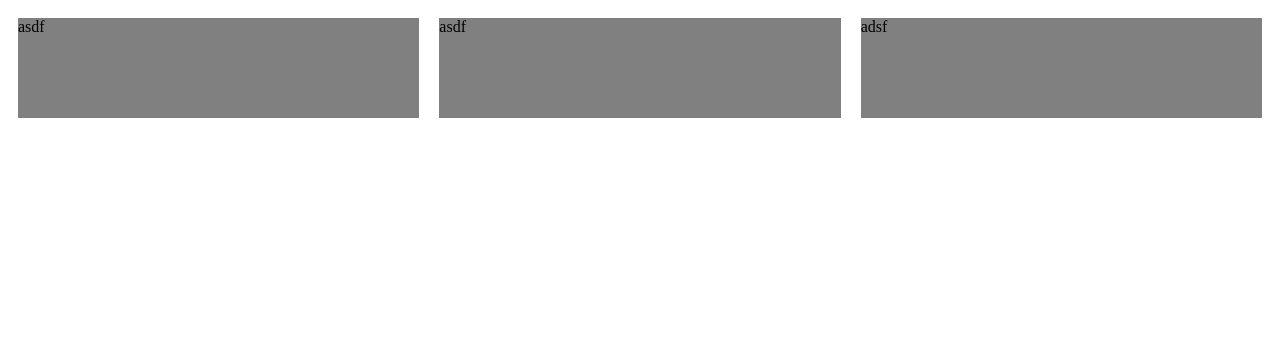
Repository: ervinne13/gg-basic-web-frontend-development
Page: modules/css/long-samples/grid-system-1.html
An editor plug-in stored every save of this project. The page is shown before and after the next save, followed by the edit.
The browser window is 1280 px wide. The pictures show the whole page.

Above is the page before, as saved 2019-07-04 17:49:10.

After the next save:
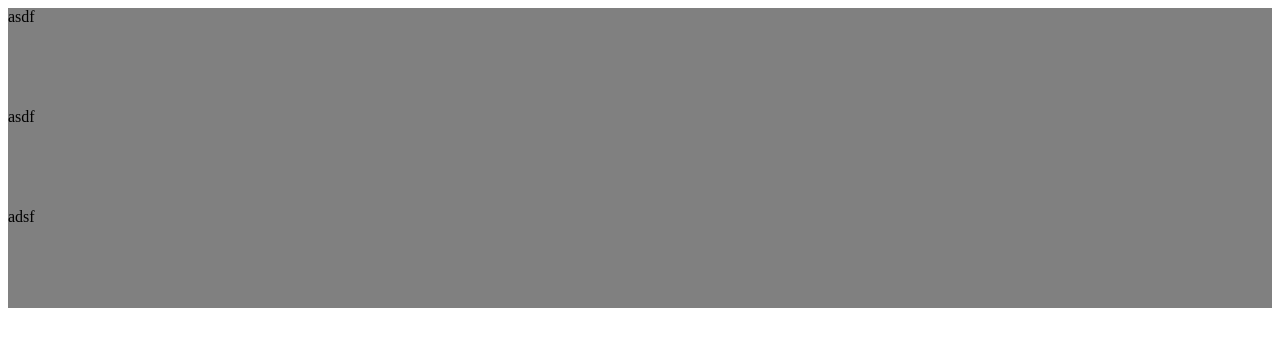
Saved 25 s later.
--- a/modules/css/long-samples/grid-system-1.html
+++ b/modules/css/long-samples/grid-system-1.html
@@ -29,7 +29,7 @@
         </style>
     </head>
     <body>
-        <div class="container">
+        <div class="grid-container">
             <div class="row">
                 <div class="col">
                     <div class="box">asdf</div>

After the save that followed:
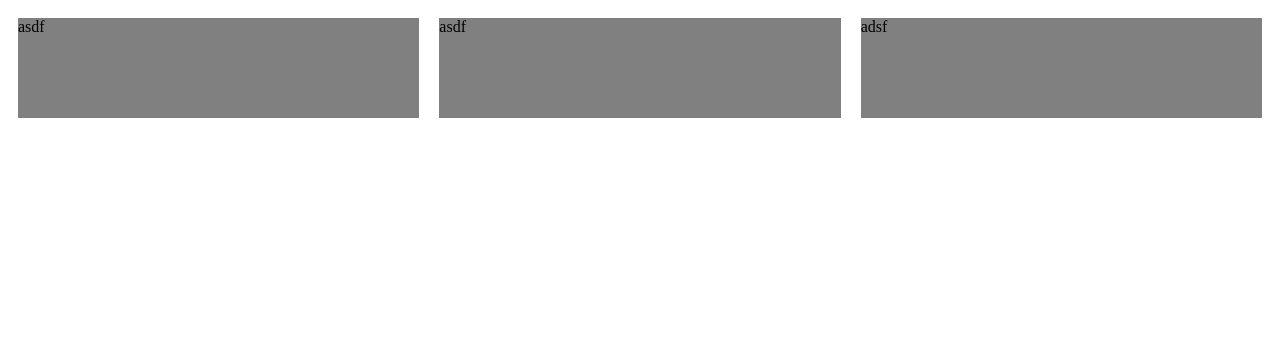
Saved 7 s later.
--- a/modules/css/long-samples/grid-system-1.html
+++ b/modules/css/long-samples/grid-system-1.html
@@ -1,18 +1,18 @@
 <html>
     <head>
         <style>
-            .container {
-                max-width: 1335px;
+            .grid-container {
+                max-width: 1280px;
                 margin: 0 auto;
             }
 
-            .container .row {
+            .grid-container .row {
                 display: flex;
                 flex-flow: row wrap;
                 justify-content: space-between;
             }
 
-            .container .row .col {
+            .grid-container .row .col {
                 height: 550px;
                 flex-basis: 33.33%;
                 width: 259px;
